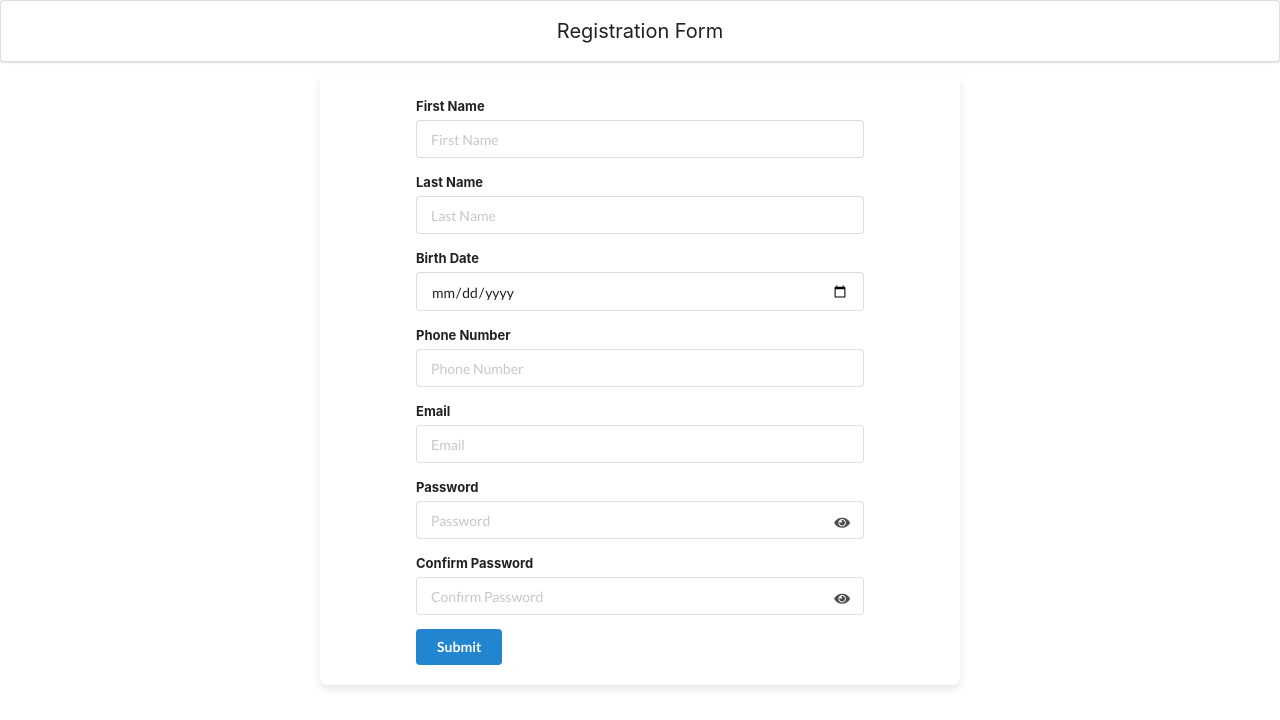
Repository: Wahid137/registration-form
Page: /
These files come from the project's save history. The page is drawn as it stood at one moment and after the next save; the edit follows.
The browser window is 1280 px wide. The pictures show the whole page.
The project was rebuilt for these pictures with package versions that can differ from the ones it lists, and the page was loaded fresh each time.

Above is the page before, as saved 2024-05-02 11:20:47.

After the next save:
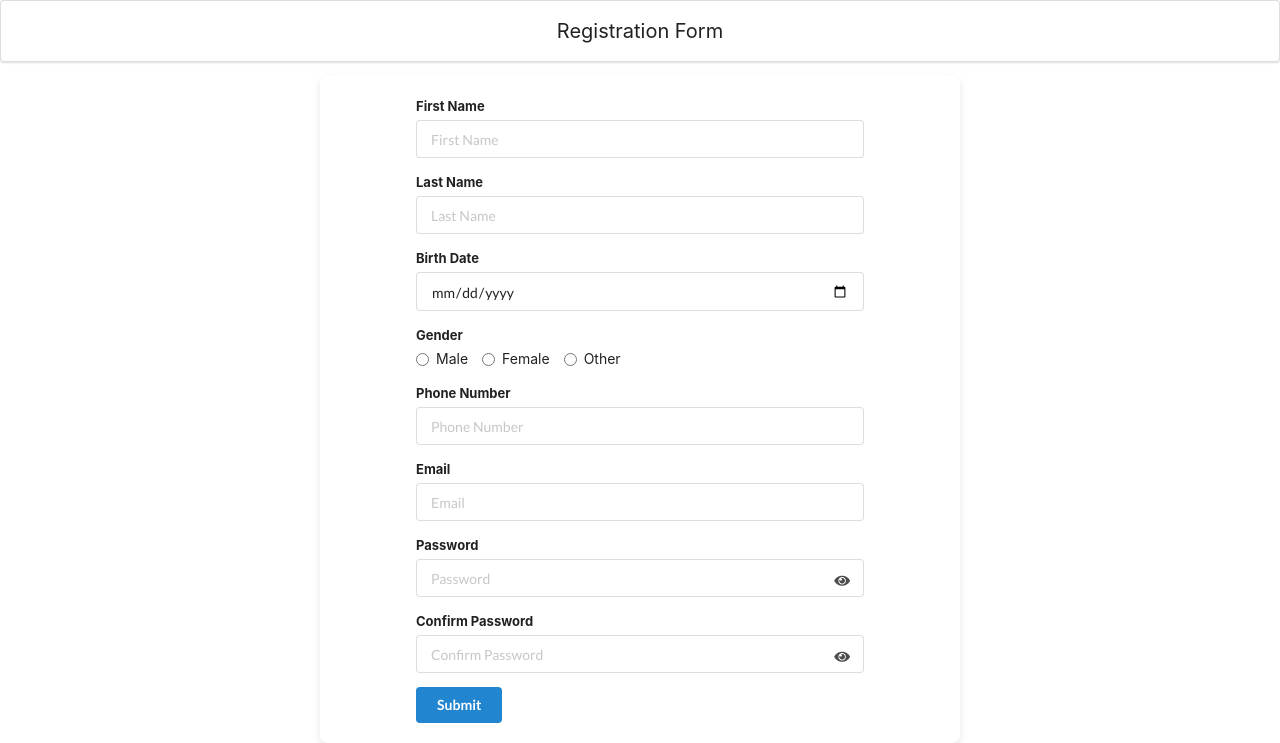
Saved 2 min 36 s later.
--- a/src/components/Register.js
+++ b/src/components/Register.js
@@ -158,6 +158,31 @@
 
                 <div className="form-field">
                     <FormField>
+                        <label>Gender</label>
+                        <div className="gender-field">
+                            <div className="gender-option">
+                                <input type="radio" id="male" {...register("gender")} value="male" />
+                                <label htmlFor="male">Male</label>
+                            </div>
+                            <div className="gender-option">
+                                <input type="radio" id="female" {...register("gender")} value="female" />
+                                <label htmlFor="female">Female</label>
+                            </div>
+                            <div className="gender-option">
+                                <input type="radio" id="other" {...register("gender")} value="other" />
+                                <label htmlFor="other">Other</label>
+                            </div>
+                        </div>
+                        {errors.gender && (
+                            <div className="ui pointing red basic label">
+                                {errors.gender.message}
+                            </div>
+                        )}
+                    </FormField>
+                </div>
+
+                <div className="form-field">
+                    <FormField>
                         <label>Phone Number</label>
                         <input
                             placeholder="Phone Number"
@@ -250,30 +275,7 @@
 
 
 
-                <div className="form-field">
-                    <FormField>
-                        <label>Gender</label>
-                        <div className="gender-field">
-                            <div className="gender-option">
-                                <input type="radio" id="male" {...register("gender")} value="male" />
-                                <label htmlFor="male">Male</label>
-                            </div>
-                            <div className="gender-option">
-                                <input type="radio" id="female" {...register("gender")} value="female" />
-                                <label htmlFor="female">Female</label>
-                            </div>
-                            <div className="gender-option">
-                                <input type="radio" id="other" {...register("gender")} value="other" />
-                                <label htmlFor="other">Other</label>
-                            </div>
-                        </div>
-                        {formErrors.gender && (
-                            <div className="ui pointing red basic label">
-                                {formErrors.gender}
-                            </div>
-                        )}
-                    </FormField>
-                </div>
+
                 <div className="form-field">
                     <FormField error={formErrors.country !== undefined}>
                         <label>Country</label>

After the save that followed:
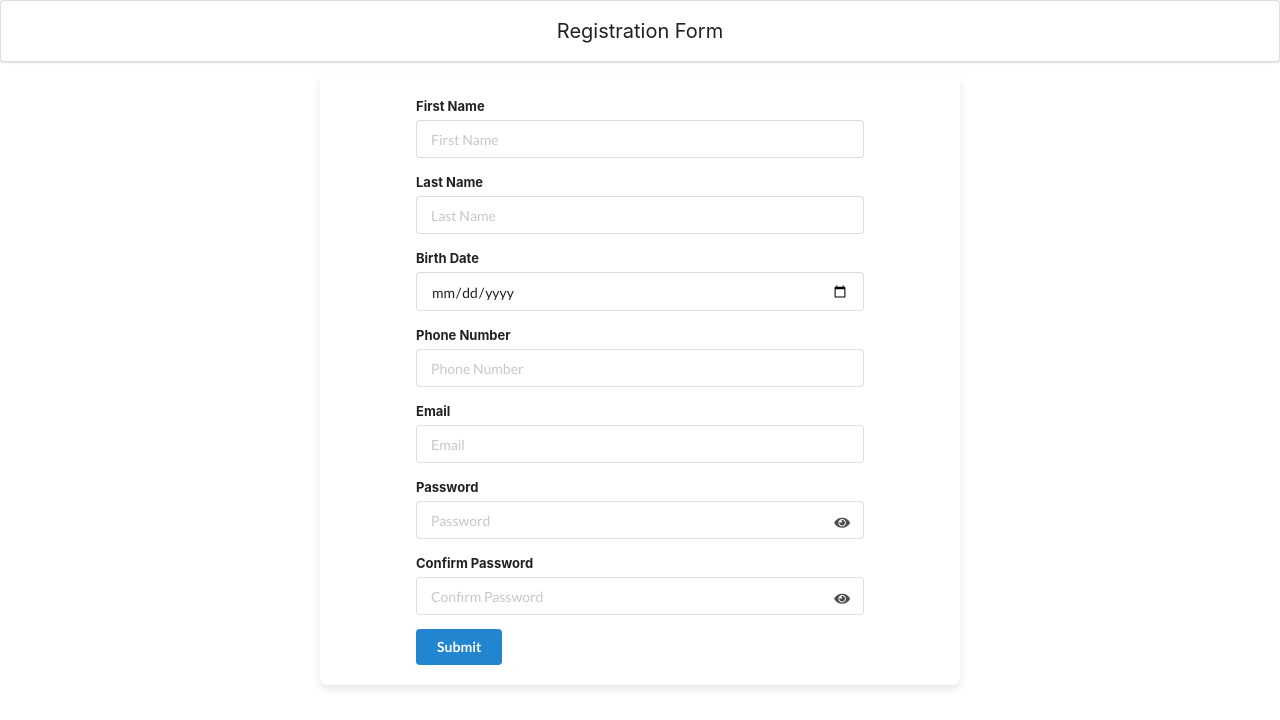
Saved 80 s later.
--- a/src/components/Register.js
+++ b/src/components/Register.js
@@ -156,7 +156,7 @@
                     </FormField>
                 </div>
 
-                <div className="form-field">
+                {/*  <div className="form-field">
                     <FormField>
                         <label>Gender</label>
                         <div className="gender-field">
@@ -179,7 +179,7 @@
                             </div>
                         )}
                     </FormField>
-                </div>
+                </div> */}
 
                 <div className="form-field">
                     <FormField>
